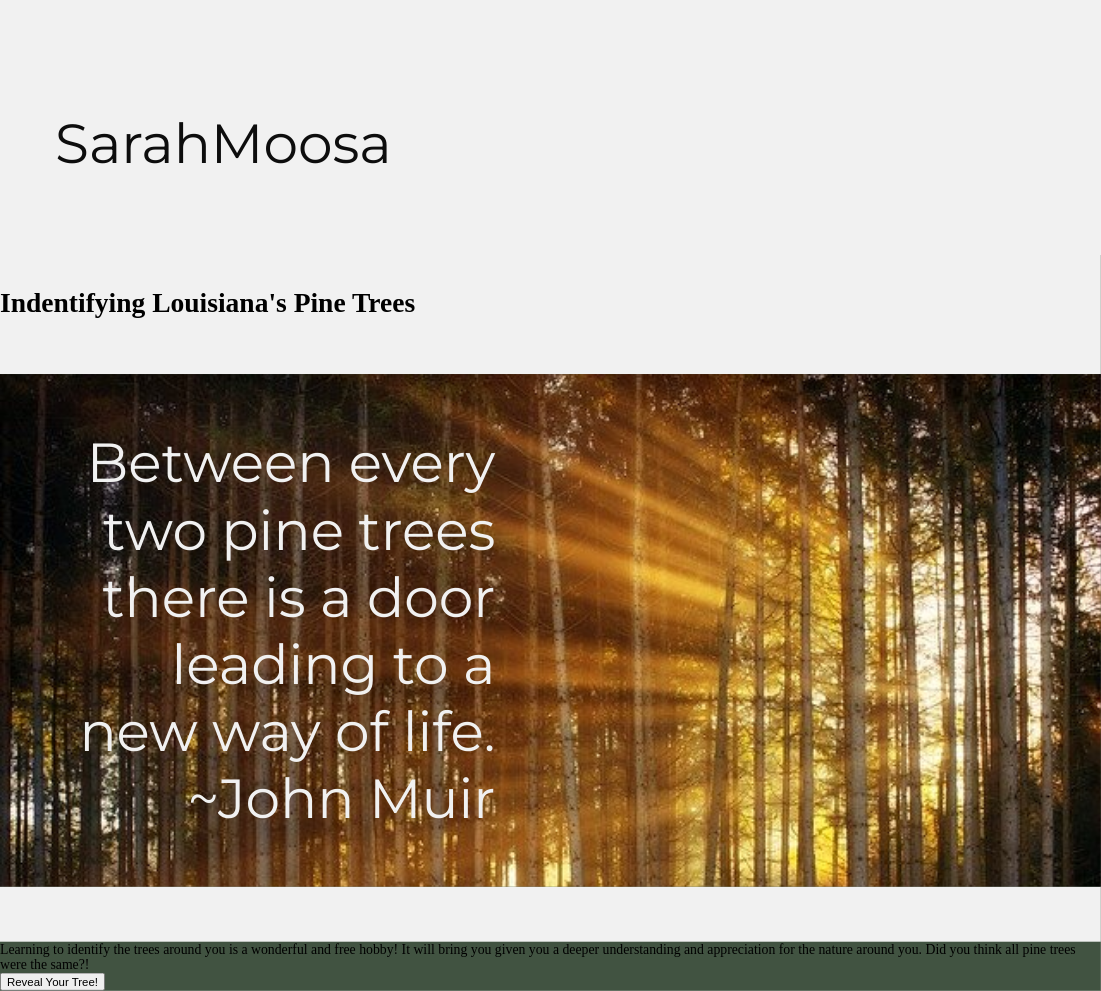
Repository: Sbethm/louisianaPineTrees
Page: pine_main.html
An editor plug-in stored every save of this project. The page is shown before and after the next save, followed by the edit.
The browser window is 1280 px wide. The pictures show the whole page, at 86% of full size.
The style sheet was rebuilt from its Sass, Less or Tailwind sources for each picture, by a compiler version that may differ from the author's.

Above is the page before, as saved 2021-09-16 13:48:30.

After the next save:
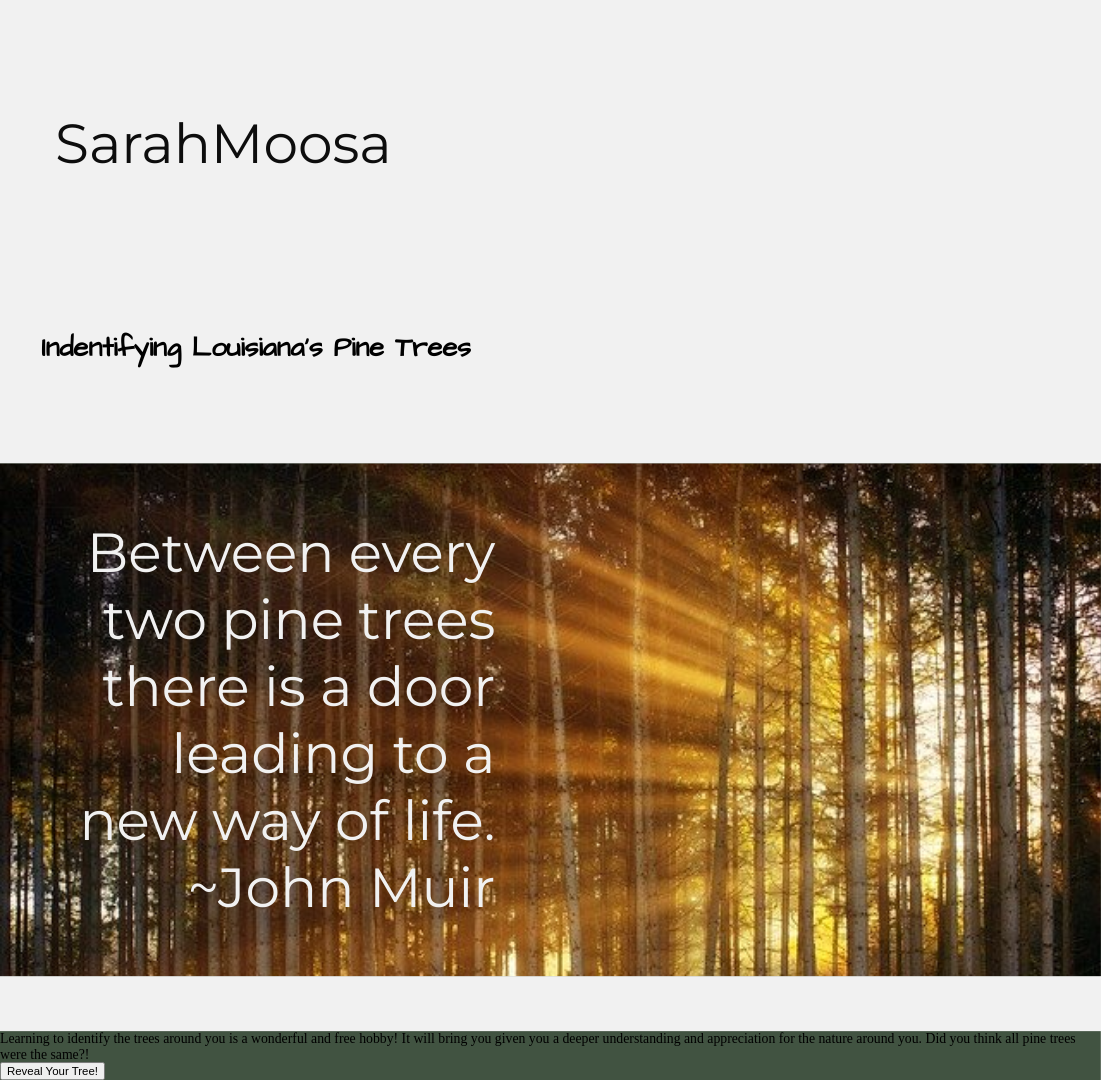
Saved 30 s later.
--- a/src/scss/main.scss
+++ b/src/scss/main.scss
@@ -9,7 +9,7 @@ body {
     background-color: #f1f1f1;
 }
 
-h1
+h1,
 h2 {
     font-family: $headerFont;
     padding: clamp(0.5em, 5%, 1.5em);
